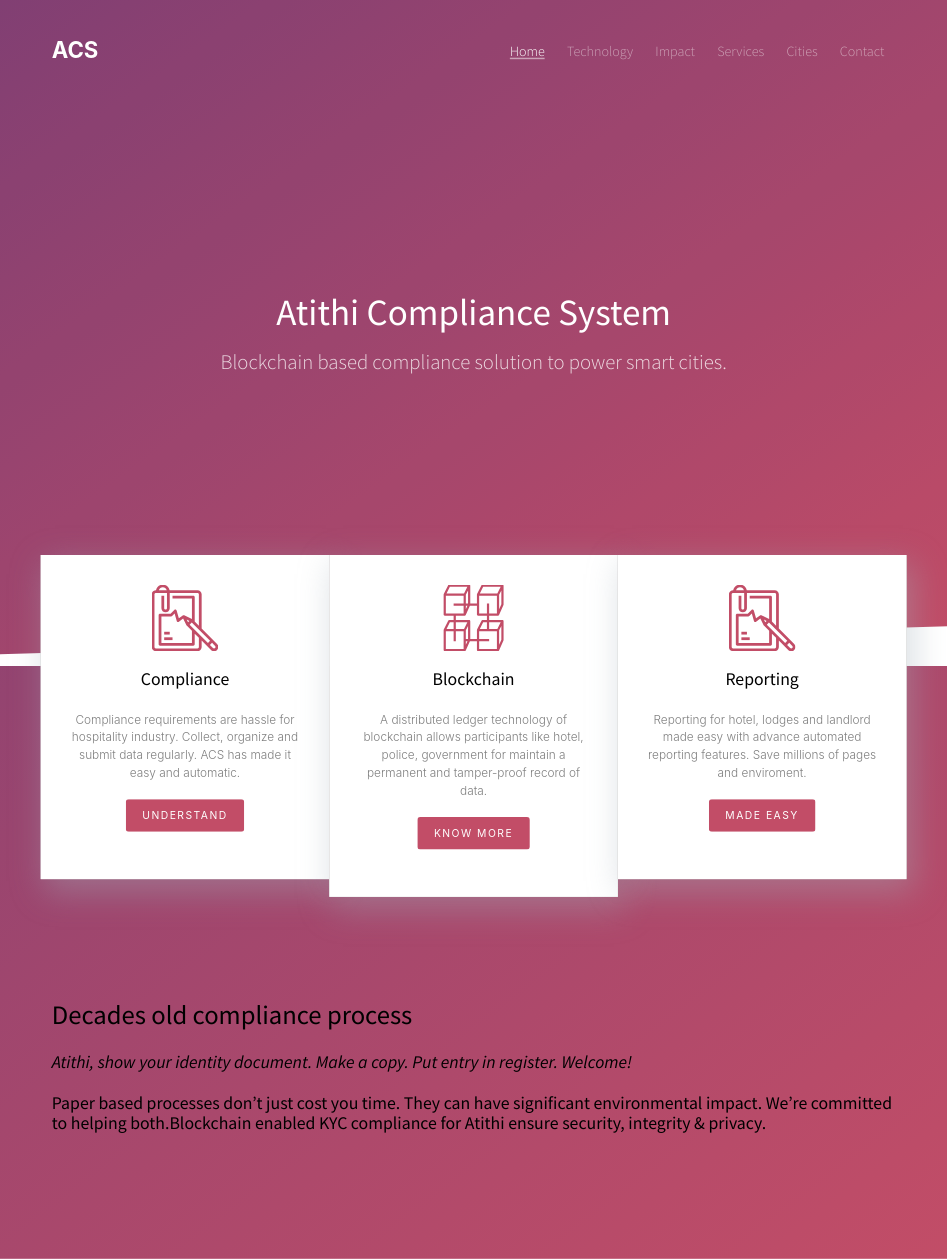
Repository: agarwalrahul-22/acs
Page: /
The author's editor kept a copy of each file at every save. The page is drawn from the files as they stood at one save, then again after the next save.
The browser window is 1280 px wide. The pictures show the whole page, at 74% of full size.
The project was rebuilt for these pictures with package versions that can differ from the ones it lists, and the page was loaded fresh each time.

Above is the page before, as saved 2022-10-09 16:11:59.

After the next save:
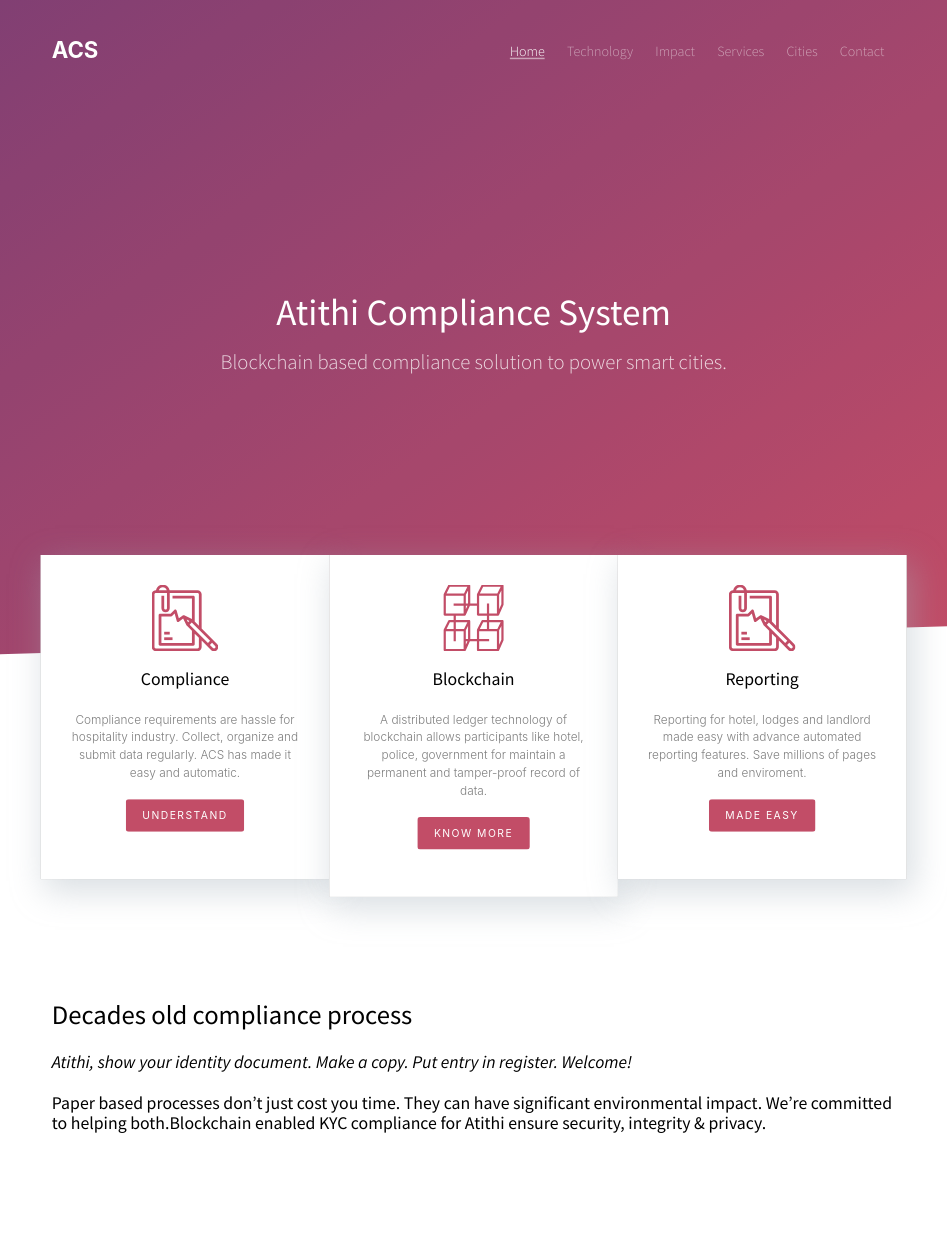
Saved 69 s later.
--- a/src/index.css
+++ b/src/index.css
@@ -4,9 +4,9 @@
     'Ubuntu', 'Cantarell', 'Fira Sans', 'Droid Sans', 'Helvetica Neue',
     sans-serif;
   /* background-color: #c24d67; */
-  background-image: -webkit-gradient(linear, 0% 0%, 100% 100%, color-stop(0, #7b3f75), color-stop(1, #c24d67));
+  /* background-image: -webkit-gradient(linear, 0% 0%, 100% 100%, color-stop(0, #7b3f75), color-stop(1, #c24d67)); */
   /* Android 2.3 */
-  background-image: -webkit-repeating-linear-gradient(top left, #7b3f75 0%, #c24d67 100%);
+  /* background-image: -webkit-repeating-linear-gradient(top left, #7b3f75 0%, #c24d67 100%); */
   /* IE10+ */
   /* background-image: repeating-linear-gradient(to bottom right, #7b3f75 0%, #c24d67 100%); */
   background-image: -ms-repeating-linear-gradient(top left, #7b3f75 0%, #c24d67 100%);

After the save that followed:
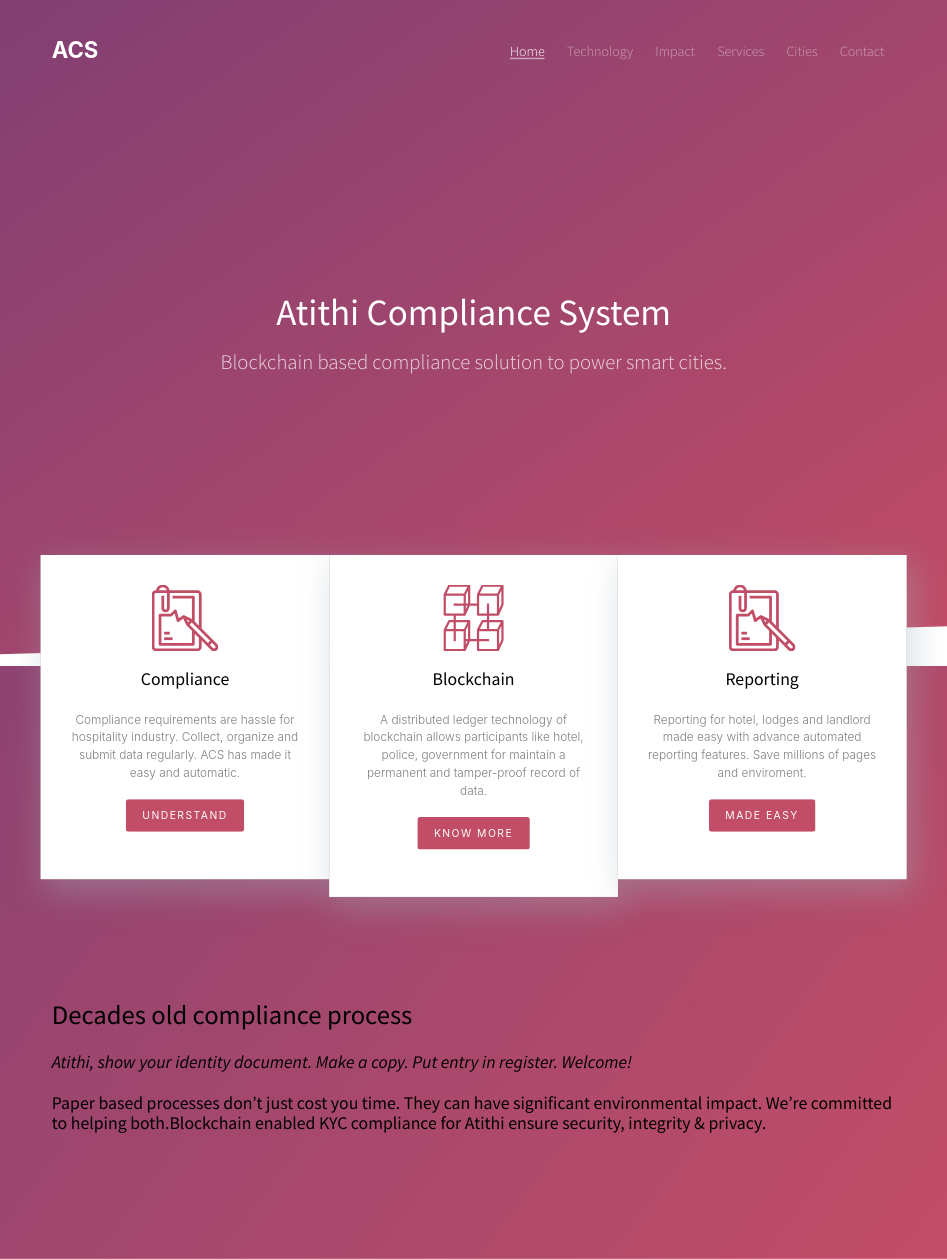
Saved 17 s later.
--- a/src/index.css
+++ b/src/index.css
@@ -4,11 +4,11 @@
     'Ubuntu', 'Cantarell', 'Fira Sans', 'Droid Sans', 'Helvetica Neue',
     sans-serif;
   /* background-color: #c24d67; */
-  /* background-image: -webkit-gradient(linear, 0% 0%, 100% 100%, color-stop(0, #7b3f75), color-stop(1, #c24d67)); */
+  background-image: -webkit-gradient(linear, 0% 0%, 100% 100%, color-stop(0, #7b3f75), color-stop(1, #c24d67));
   /* Android 2.3 */
-  /* background-image: -webkit-repeating-linear-gradient(top left, #7b3f75 0%, #c24d67 100%); */
+  background-image: -webkit-repeating-linear-gradient(top left, #7b3f75 0%, #c24d67 100%);
   /* IE10+ */
-  /* background-image: repeating-linear-gradient(to bottom right, #7b3f75 0%, #c24d67 100%); */
+  background-image: repeating-linear-gradient(to bottom right, #7b3f75 0%, #c24d67 100%);
   background-image: -ms-repeating-linear-gradient(top left, #7b3f75 0%, #c24d67 100%);
   -webkit-font-smoothing: antialiased;
   -moz-osx-font-smoothing: grayscale;
